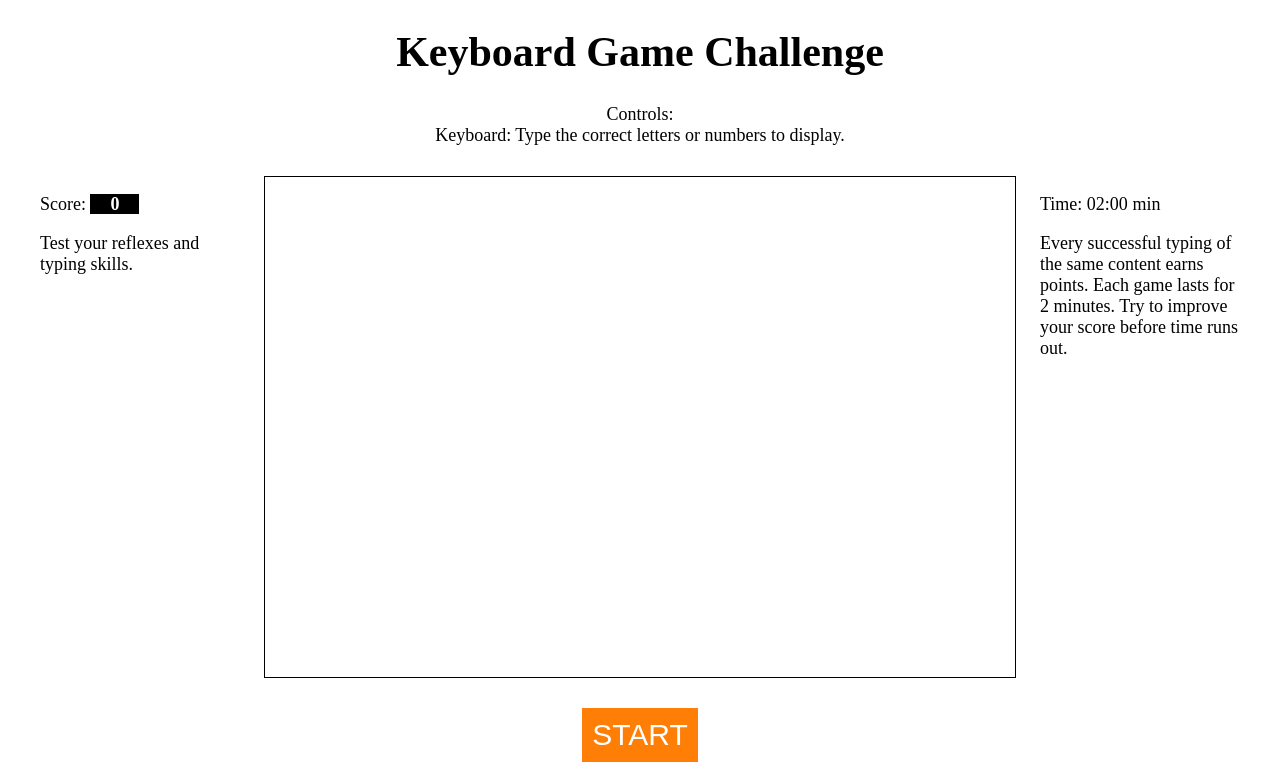
Repository: TianJunShi1/imw-2023
Page: index.html
The author's editor kept a copy of each file at every save. The page is drawn from the files as they stood at one save, then again after the next save.
The browser window is 1280 px wide. The pictures show the whole page.

Above is the page before, as saved 2024-03-25 10:18:32.

### index.html
<!DOCTYPE html>
<html>

<head>
  <title>Bubble Pop Challenge</title>
  <style>
    .box {
      width: 1200px;
      margin: 0 auto;
      text-align: center;
    }

    h1 {
      font-size: 42px;
    }

    .bubblePre {
      width: 600px;
      margin: 0 auto;
    }

    .main {
      display: flex;
      align-items: flex-start;
      justify-content: space-between;
      margin-top: 30px;
    }

    .left,
    .right {
      width: 200px;
    }

    p {
      font-size: 18px;
    }

    .margin0 {
      margin: 0;
    }

    #score {
      padding: 0 20px;
      background-color: #000;
      color: #fff;
      font-weight: bold;
    }

    .left p,
    .right p {
      text-align: left;
    }

    #container {
      border: 1px solid black;
      width: 750px;
      height: 500px;
    }

    button {
      margin-top: 30px;
      background-color: #ff7e05;
      padding: 10px;
      color: #fff;
      border: none;
      cursor: pointer;
      font-size: 30px;
    }
  </style>
</head>

<body>
  <div class="box">
    <h1>Keyboard Game Challenge</h1>
    <div class="bubblePre">
      <p class="margin0">Controls:</p>
      <p class="margin0">
        Keyboard: Type the correct letters or numbers to display.</p>
    </div>
    <div class="main">
      <div class="left">
        <p>Score: <span id="score">0</span></p>
        <p>Test your reflexes and typing skills.</p>
      </div>
      <div id="container"></div>
      <div class="right">
        <p>Time: <span id="time">02:00</span> min</p>
        <p>Every successful typing of the same content earns points. Each game lasts for 2 minutes. Try to improve your
          score before time runs out.</p>
      </div>
    </div>
    <button id="start">START</button>
  </div>

  <script src="index.js"></script>
</body>

</html>

### index.js
const characters = 'ABCDEFGHIJKLMNOPQRSTUVWXYZ1234567890'
let score = 0
let totalTyped = 0
let correctTyped = 0
let timer
let secondsLeft = 60
let currentChars = []

function generateRandomCharacter () {
  return characters[Math.floor(Math.random() * characters.length)]
}

function displayCharacters () {
  const container = document.getElementById('container')
  container.innerHTML = ''
  for (let i = 0; i < currentChars.length; i++) {
    const char = currentChars[i]
    const top = Math.floor(Math.random() * (container.clientHeight - 20))
    const left = Math.floor(Math.random() * (container.clientWidth - 20))

    const charDiv = document.createElement('div')
    charDiv.textContent = char
    charDiv.classList.add('character')
    charDiv.style.top = top + 'px'
    charDiv.style.left = left + 'px'

    container.appendChild(charDiv)
  }
}

function startGame () {
  for (let i = 0; i < 6; i++) {
    currentChars.push(generateRandomCharacter())
  }
  displayCharacters()

  timer = setInterval(() => {
    secondsLeft--
    if (secondsLeft < 0) {
      clearInterval(timer)
      const accuracy = (correctTyped / totalTyped) * 100 || 0
      alert(`Game Over! Score: ${score}, Accuracy: ${accuracy.toFixed(2)}%`)
    }
  }, 1000)
}

document.addEventListener('keydown', (event) => {
  const typedChar = String.fromCharCode(event.keyCode).toUpperCase()
  const charDivs = document.getElementsByClassName('character')

  for (let i = 0; i < charDivs.length; i++) {
    const charDiv = charDivs[i]
    const char = charDiv.textContent

    if (typedChar === char) {
      score++
      correctTyped++
      charDiv.remove()
      totalTyped++
      currentChars.splice(i, 1)
      currentChars.push(generateRandomCharacter())
      displayCharacters()
      break
    }
  }
})

document.getElementById("start").onclick = function () {
  // 开始游戏了设置禁止再点击start按钮
  document.getElementById("start").setAttribute("disabled", true)
  startGame()
}

After the next save:
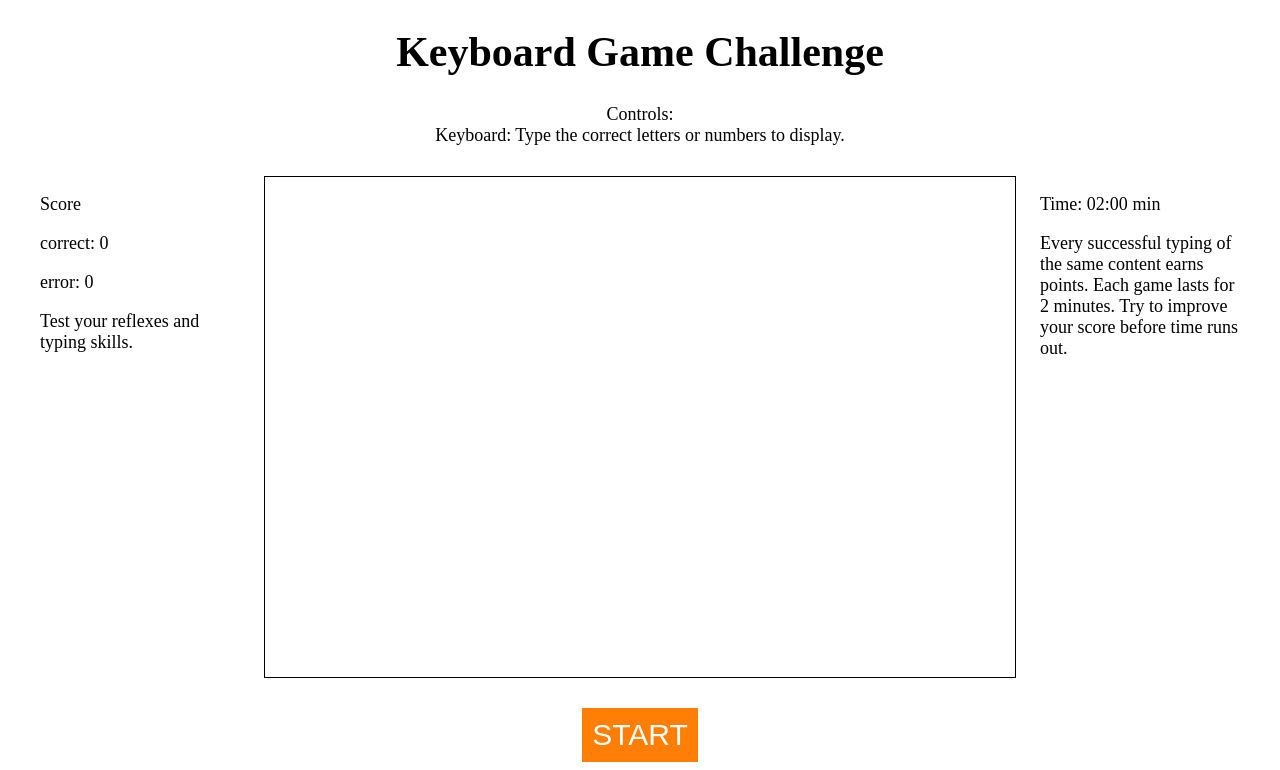
Saved 3 min 10 s later.
--- a/index.html
+++ b/index.html
@@ -79,7 +79,9 @@
     </div>
     <div class="main">
       <div class="left">
-        <p>Score: <span id="score">0</span></p>
+        <p>Score</p>
+        <p>correct: <span id="correct">0</span></p>
+        <p>error: <span id="error">0</span></p>
         <p>Test your reflexes and typing skills.</p>
       </div>
       <div id="container"></div>
